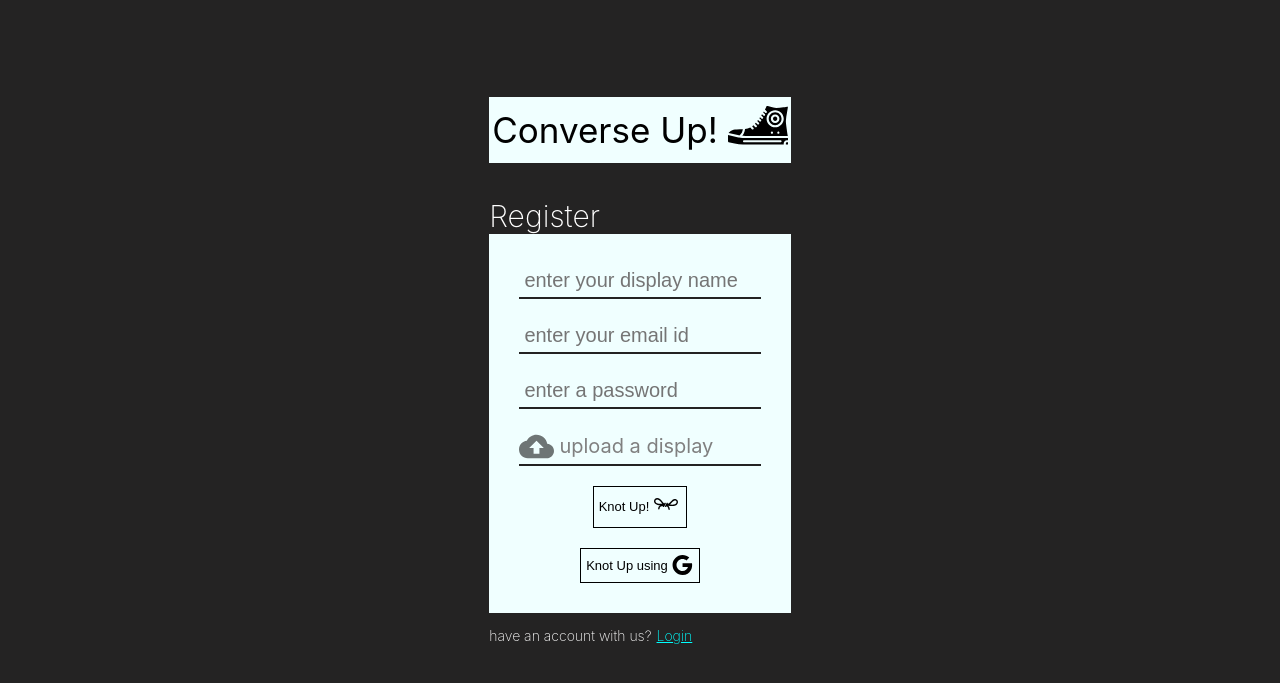
Repository: AkashCoder99/converseUp
Page: /register
An editor plug-in stored every save of this project. The page is shown before and after the next save, followed by the edit.
The browser window is 1280 px wide. The pictures show the whole page.
The project was rebuilt for these pictures with package versions that can differ from the ones it lists, and the page was loaded fresh each time. Also part of the build but not shown: src/Pages/Login.jsx, src/Components/Input.jsx, src/Components/Chat.jsx, src/Components/Navbar.jsx, src/Components/Search.jsx, src/Components/Chats.jsx, src/Components/Sidebar.jsx, src/Pages/Home.jsx. Imported but missing from the stored project, and not drawn on this page: src/Components/Messages.

Above is the page before, as saved 2023-04-26 17:36:56.

After the next save:
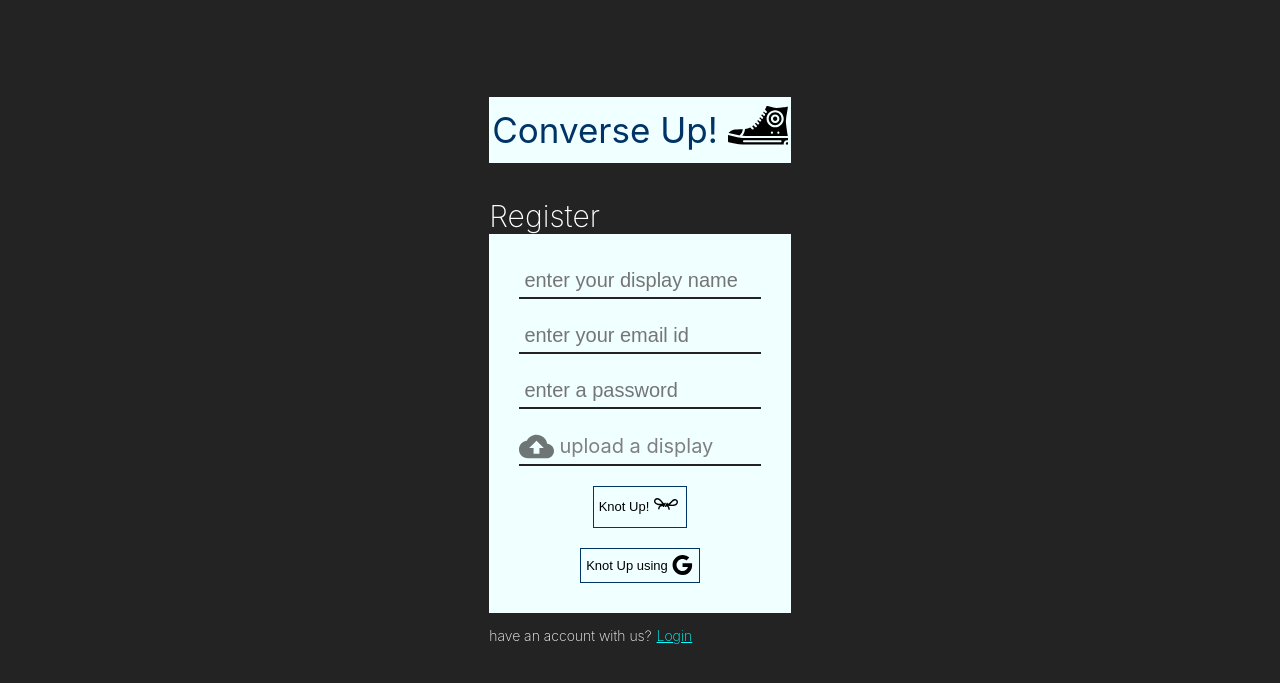
Saved 44 s later.
--- a/src/Style.scss
+++ b/src/Style.scss
@@ -31,7 +31,7 @@
             display: flex;
             align-items: center;
             gap: 10px;
-            color:  black;
+            color:  #003366;
             width: fit-content;
             padding: 3px;
             text-align: center;
@@ -60,7 +60,7 @@
                 outline: none;
                 border: none;
                 border-bottom: 2px solid rgb(36, 35, 35);
-                color: black;
+                color: #003366;
             }
             .file{
                 display: flex;
@@ -74,7 +74,7 @@
         }
         .btn{
             cursor: pointer;
-            border: 1px solid black;
+            border: 1px solid #003366;
             display: flex;
             align-items: center;
             gap: 2px;
@@ -126,7 +126,7 @@
             padding: 16px;
             align-items: center;
             justify-content:space-around;
-            background-color: black;
+            background-color: #003366;
             font-size: 20px;
             @include mobile{
                 display: flex;
@@ -187,7 +187,7 @@
             object-fit: cover;
         }
         &:hover{
-            background-color: black;
+            background-color: #003366;
         }
     }
         }
@@ -226,7 +226,7 @@
                 object-fit: cover;
             }
             &:hover{
-                background-color: black;
+                background-color: #003366;
                 @include mobile{
                     background-color: transparent;
                 }
@@ -252,7 +252,7 @@
         }
         .chatInfo{
             display: flex;
-            background-color: black;
+            background-color: #003366;
             padding: 16px;
             font-weight: 400;
             justify-content: center;
@@ -301,7 +301,7 @@
         }
         .message-content{
             background-color: white;
-            color: black;
+            color: #003366;
             border-radius: 1px 10px 10px 10px;
             width: fit-content;
             padding: 6px 7px 8px 9px;
@@ -330,7 +330,7 @@
             flex-direction: row-reverse;
             .message-content{
                 align-items: flex-end;
-                background-color: black;
+                background-color: #003366;
                 border-radius: 10px 0px 10px 10px;
                 color: white;
                 padding: 6px 7px 8px 9px;
@@ -340,13 +340,13 @@
         }
         }
         .input{
-            background-color: black;
+            background-color: #003366;
             color: white;
             display: flex;
             height: 35px;
             padding: 10px;
             input{
-                background-color: black;
+                background-color: #003366;
                 color: white;
                 width: 80%;
                 outline: none;

After the save that followed:
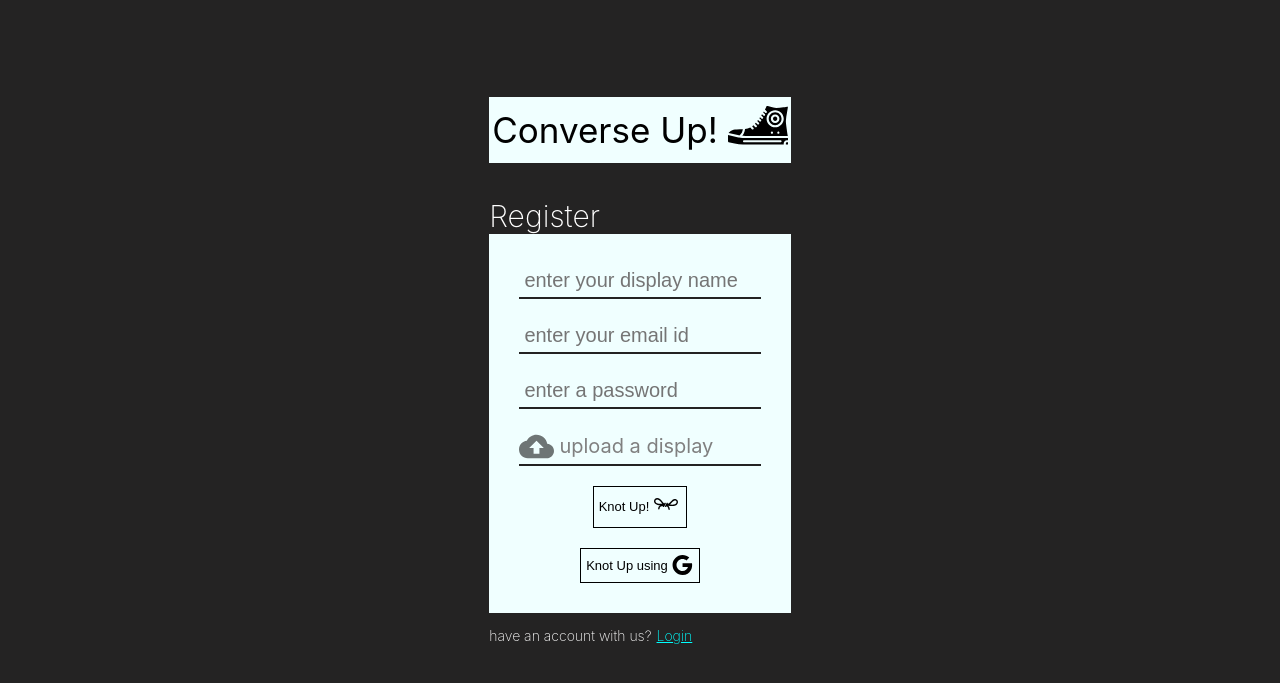
Saved 2 min 27 s later.
--- a/src/Style.scss
+++ b/src/Style.scss
@@ -31,7 +31,7 @@
             display: flex;
             align-items: center;
             gap: 10px;
-            color:  #003366;
+            color:  black;
             width: fit-content;
             padding: 3px;
             text-align: center;
@@ -60,7 +60,7 @@
                 outline: none;
                 border: none;
                 border-bottom: 2px solid rgb(36, 35, 35);
-                color: #003366;
+                color: black;
             }
             .file{
                 display: flex;
@@ -74,7 +74,7 @@
         }
         .btn{
             cursor: pointer;
-            border: 1px solid #003366;
+            border: 1px solid black;
             display: flex;
             align-items: center;
             gap: 2px;
@@ -126,7 +126,7 @@
             padding: 16px;
             align-items: center;
             justify-content:space-around;
-            background-color: #003366;
+            background-color: black;
             font-size: 20px;
             @include mobile{
                 display: flex;
@@ -187,7 +187,7 @@
             object-fit: cover;
         }
         &:hover{
-            background-color: #003366;
+            background-color: black;
         }
     }
         }
@@ -226,7 +226,7 @@
                 object-fit: cover;
             }
             &:hover{
-                background-color: #003366;
+                background-color: black;
                 @include mobile{
                     background-color: transparent;
                 }
@@ -252,7 +252,7 @@
         }
         .chatInfo{
             display: flex;
-            background-color: #003366;
+            background-color: black;
             padding: 16px;
             font-weight: 400;
             justify-content: center;
@@ -301,7 +301,7 @@
         }
         .message-content{
             background-color: white;
-            color: #003366;
+            color: black;
             border-radius: 1px 10px 10px 10px;
             width: fit-content;
             padding: 6px 7px 8px 9px;
@@ -330,7 +330,7 @@
             flex-direction: row-reverse;
             .message-content{
                 align-items: flex-end;
-                background-color: #003366;
+                background-color: black;
                 border-radius: 10px 0px 10px 10px;
                 color: white;
                 padding: 6px 7px 8px 9px;
@@ -340,13 +340,13 @@
         }
         }
         .input{
-            background-color: #003366;
+            background-color: black;
             color: white;
             display: flex;
             height: 35px;
             padding: 10px;
             input{
-                background-color: #003366;
+                background-color: black;
                 color: white;
                 width: 80%;
                 outline: none;
